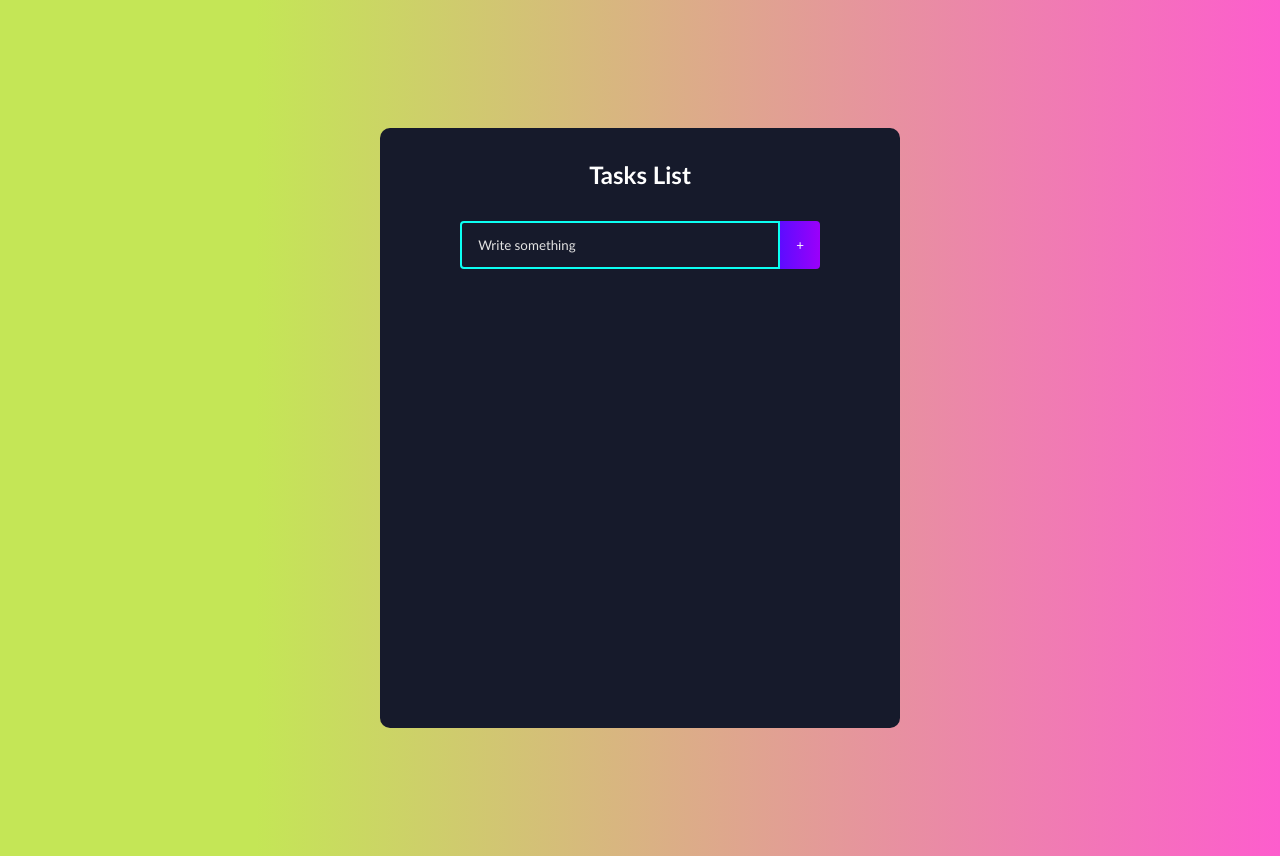
Repository: pratham0305/LGMVIP-Task-01
Page: /
These files come from the project's save history. The page is drawn as it stood at one moment and after the next save; the edit follows.
The browser window is 1280 px wide. The pictures show the whole page.
The project was rebuilt for these pictures with package versions that can differ from the ones it lists, and the page was loaded fresh each time. Also part of the build but not shown: src/components/Todo.js.

Above is the page before, as saved 2022-03-21 17:15:50.

After the next save:
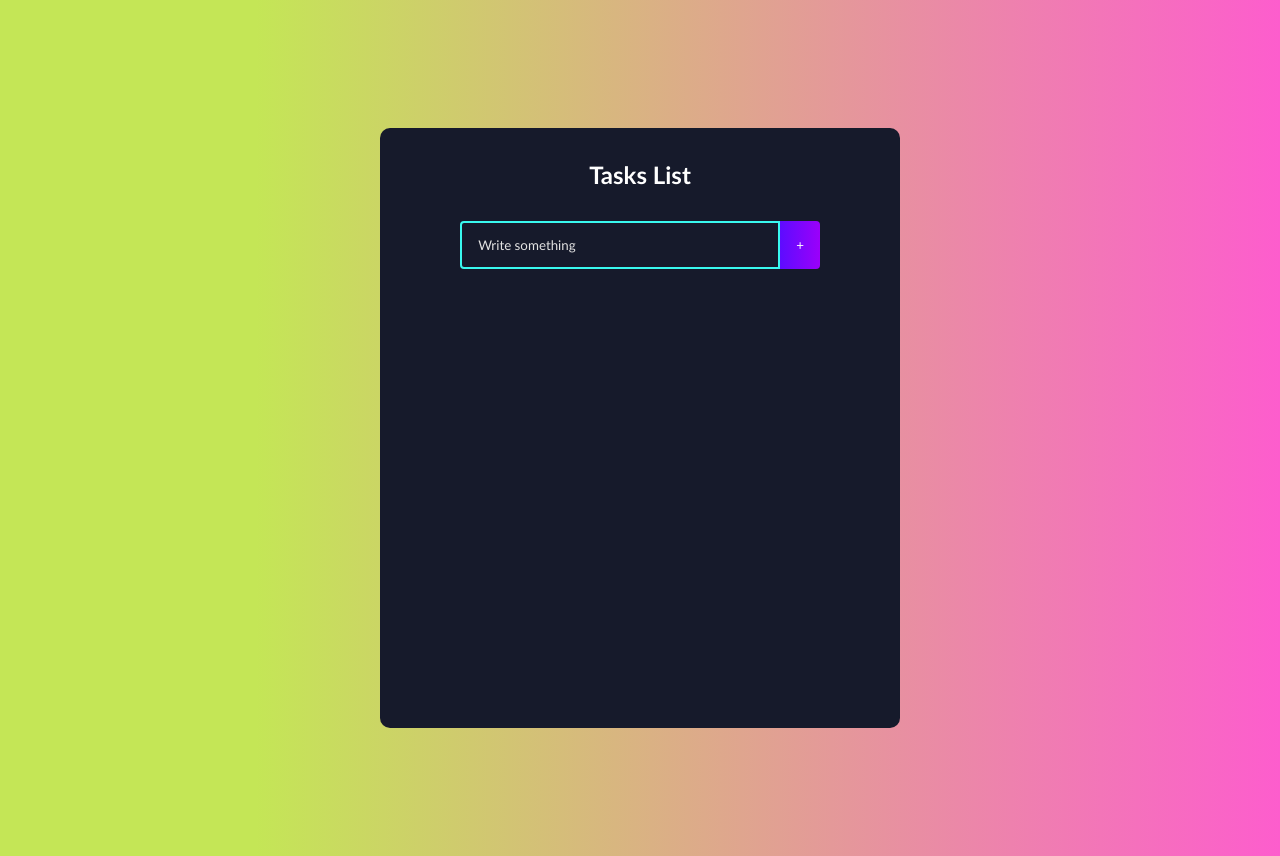
Saved 5 s later.
--- a/src/App.css
+++ b/src/App.css
@@ -44,7 +44,7 @@ h1 {
 .todo-input {
   padding: 14px 32px 14px 16px;
   border-radius: 4px 0 0 4px;
-  border: 2px solid #0cfff3;
+  border: 2px solid #39f8ef;
   outline: none;
   width: 320px;
   background: transparent;
